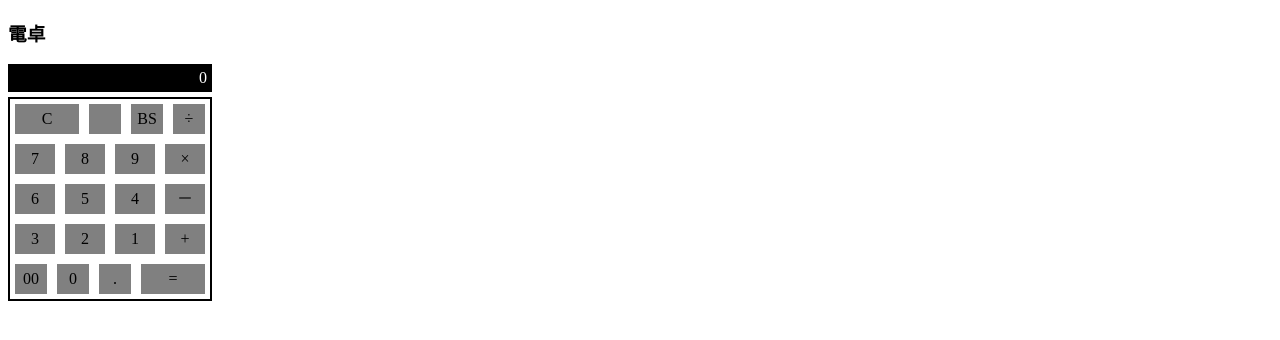
Repository: haya67/jsCalculator
Page: index.html
The author's editor kept a record of every edit. The page is drawn from the files as they stood at one moment, then again after the next edit.
The browser window is 1280 px wide. The pictures show the whole page.
Some web libraries are served in a nearby version.

Above is the page before.

### index.html
 <!DOCTYPE html>
 <html lang="en">
 <head>
 <meta charset="utf-8">
 <script src="https://code.jquery.com/jquery-3.2.1.js" integrity="sha256-DZAnKJ/6XZ9si04Hgrsxu/8s717jcIzLy3oi35EouyE=" crossorigin="anonymous"></script>
 <link rel="stylesheet" href="main.css">
 <title>電卓</title>
 </head>

 <body>
 <h3>電卓</h3>

 <!-- ここに記述していきましょう！ -->
 <div class = "container">

<!--      計算結果を出力する場所-->
      <div id = "output_total" class="output ">0</div>

<!--      計算過程を出力する -->
      <div id = "output_sub" class="output active">0</div>

<!--      ボタンを配置する場所-->
      <div class = 'input'>
          <section class = 'row'>
            <div id = "clear">C</div>
            <div class = "num_bth"></div>
            <div class = "num_bth" id="bs">BS</div>
            <div class = "num_bth cal" data-index-id= '/'>÷</div>
          </section>
          <section class = 'row'>
            <div class = "num_bth one_nine " data-index-id = 7 >7</div>
            <div class = "num_bth one_nine " data-index-id = 8 >8</div>
            <div class = "num_bth one_nine " data-index-id = 9 >9</div>
            <div class = "num_bth cal" data-index-id = '*'>×</div>
          </section>
          <section class = 'row'>
            <div class = "num_bth one_nine " data-index-id = 6 >6</div>
            <div class = "num_bth one_nine " data-index-id = 5 >5</div>
            <div class = "num_bth one_nine " data-index-id = 4 >4</div>
            <div class = "num_bth cal" data-index-id = '-'>－</div>
          </section>
          <section class = 'row'>
            <div class = "num_bth one_nine " data-index-id = 3 >3</div>
            <div class = "num_bth  one_nine" data-index-id = 2 >2</div>
            <div class = "num_bth  one_nine" data-index-id = 1 >1</div>
            <div class = "num_bth cal" data-index-id = '+'>+</div>
          </section>
          <section class = 'row'>
            <div class = "num_bth" data-index-id = 00 >00</div>
            <div class = "num_bth" id="zero" data-index-id = 0 >0</div>
            <div class = "num_bth" id="point" data-index-id = . >.</div>
            <div id = 'equal_btn'>=</div>
          </section>
      </div>
    </div>

 <script src="main.js"></script>
 </body>
 </html>

### main.css
.container {
  width: 200px;
}

.output {
  width: 194px;
  text-align: right;
  padding: 5px;
  margin-bottom: 5px;
  color: white;
  background-color: black;
  /*box-sizing: border-box;*/
  display:none;
}

.output.active {
  display:block;
}

.input {
  width:200px;
  border: 2px solid black;
}

.row {
  display: flex;
  justify-content: space-between;
  width: 200px;
}

.num_bth {
  width: 60px;
  height: 30px;
  text-align: center;
  line-height: 30px;
  background: gray;
  cursor: pointer;
  margin: 5px;
}

#clear, #equal_btn{
  width: 120px;
  text-align: center;
  line-height: 30px;
  background: gray;
  cursor: pointer;
  margin: 5px;
}

### main.js
$(document).ready(function(){

    const num_bth = document.querySelectorAll('.num_bth');

    // 計算結果を表示する所
    let output_sub = document.getElementById('output_sub');

    // 計算過程を表示するところ
    const output_total = document.getElementById('output_total');

    // 計算式を表す変数
    let total = 0;

    // // 最初の状態を定義
    let state = 'start';

    // 最初の整数入力モード
    let mode = 'integer_mode';


    // 1~9を押した時
    const one_nine = document.querySelectorAll ('.one_nine');
    one_nine.forEach(index => {
        index.addEventListener('click', () => {
            if(state === 'start') {
                total = index.dataset.indexId;
            }else if (state === 'finish') {
                reset();
                total = index.dataset.indexId;
            }else if (state === 'calculation' ) {
                total += index.dataset.indexId;
            }
            output_sub.textContent = total;
            state = 'calculation'
            // changeOutput()
        });
    });


    // 0を押したとき
    const zero = document.getElementById('zero');
    zero.addEventListener('click', () => {
        if(state === 'start' || state === 'finish' || state === 'calBtn'){
            if(output_sub.textContent.slice(-1) === '0') {
                console('前の文字はゼロ');
                return;
            }
        }

        if(state === 'start') {
            total = zero.dataset.indexId;
        }else {
            total += zero.dataset.indexId;
        }
        output_sub.textContent = total;
    });


    // .を押したとき
    const point = document.getElementById('point');
    point.addEventListener('click' , () => {
        console.log(point.dataset.indexId)
        if(mode === 'decimal_mode') {
            return;
        }
        if (state === 'start' || state === 'finish' ) {
            total = 0;
        }else if(state = 'calBtn') {
            if(output_sub.textContent.slice(-1) !=='0'){
                total += 0;
            }
        }
        total += point.dataset.indexId

        output_sub.textContent = total;
        state = 'calculation';
        mode = 'decimal_mode';

    });

    // +÷-×を押したとき
    const cal = document.querySelectorAll('.cal');
    cal.forEach(index => {
        index.addEventListener('click' , () => {
            if (state === 'start') {
                return;
            }else if(state === 'calculation') {
                total += index.dataset.indexId;
            }else if(state === 'finish') {
                total = output_total.textContent;
                total += index.dataset.indexId;
                output_total.textContent = 0;
            }
            console.log(index.dataset.indexId);
            output_sub.textContent = total;
            state = 'calBtn';
            mode = 'integer_mode';
        });
    });




    // =を押した時
    const equal_btn = document.getElementById('equal_btn');
    equal_btn.addEventListener('click', () => {
        console.log(eval(total));
        output_total.textContent = eval(total);
        state = 'finish';
        mode = 'integer_mode';
    });


    // Cを押した時
    const clear = document.getElementById('clear')
    clear.addEventListener('click' , () =>{
        reset();
    });

    function reset() {
        total = 0;
        output_sub.textContent = 0;
        output_total.textContent = 0;
        mode = 'integer_mode';
    };


    // // 計算過程画面と計算結果画面の切り替え
    function changeOutput() {
        if (state === 'finish') {
            output_total.classList.add('active');
            output_sub.classList.remove('active');
        } else{
            output_sub.classList.add('active');
            output_total.classList.remove('active');
        }
    };





})

After the next edit:
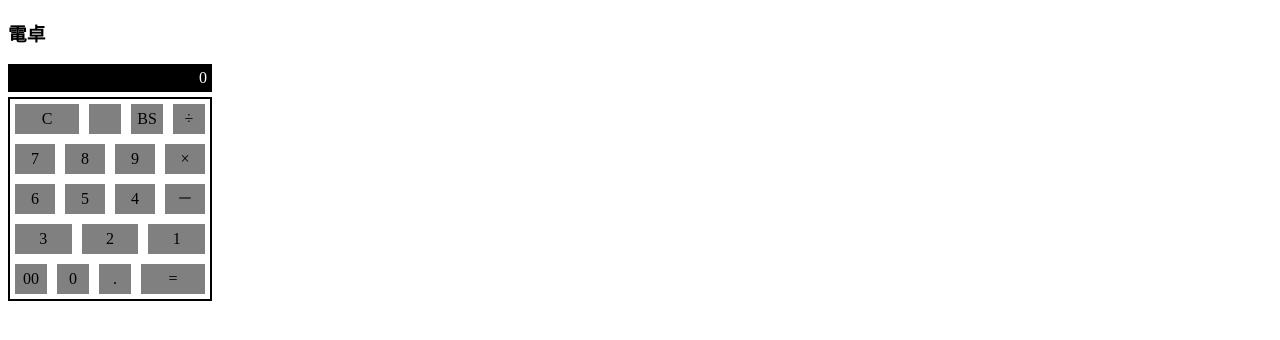
The edit:
--- a/index.html
+++ b/index.html
@@ -43,7 +43,6 @@
             <div class = "num_bth one_nine " data-index-id = 3 >3</div>
             <div class = "num_bth  one_nine" data-index-id = 2 >2</div>
             <div class = "num_bth  one_nine" data-index-id = 1 >1</div>
-            <div class = "num_bth cal" data-index-id = '+'>+</div>
           </section>
           <section class = 'row'>
             <div class = "num_bth" data-index-id = 00 >00</div>
